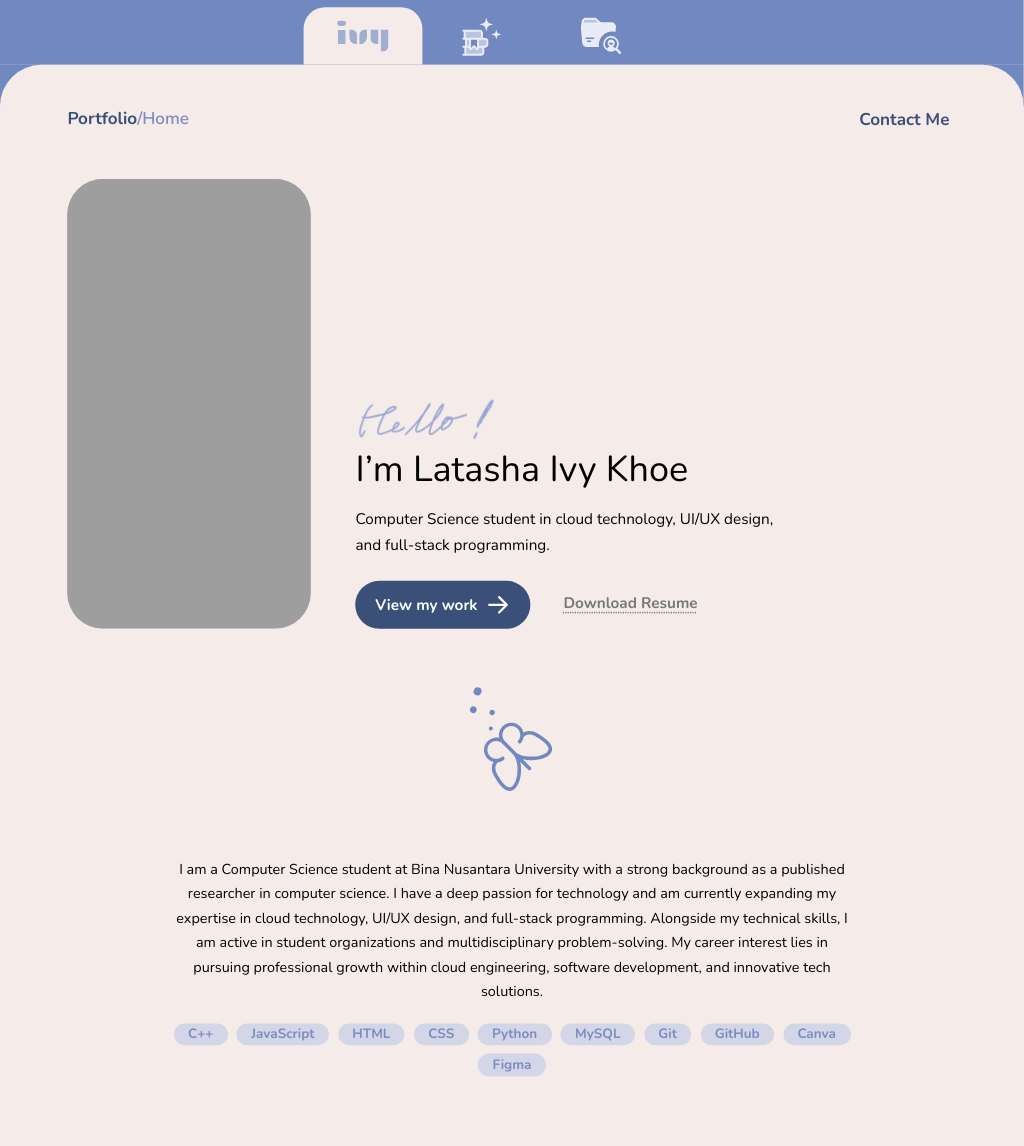
Repository: L-vy/L-vy
Page: /
These files come from the project's save history. The page is drawn as it stood at one moment and after the next save; the edit follows.
The browser window is 1280 px wide. The pictures show the part of the page from y = 0 to 1432 px (the page is 3408 px tall before and 3326 px after), at 80% of full size.
Pictures or frames that could not be fetched are drawn as grey boxes. Some web fonts or font styles are not loaded; a fallback is used. The project was rebuilt for these pictures with package versions that can differ from the ones it lists, and the page was loaded fresh each time. Also part of the build but not shown: vite.config.ts, src/components/ExperienceBinder.tsx, src/components/FolderCard.tsx, src/components/ProjectSidebar.tsx, src/pages/ProjectDetails.tsx.

Above is the page before, as saved 2026-10-07 21:09:17.

### index.html
<!doctype html>
<html lang="en">
  <head>
    <meta charset="UTF-8" />
    <meta name="viewport" content="width=device-width, initial-scale=1.0" />
    <meta name="description" content="Portfolio of Latasha Ivy Khoe, Computer Science student specializing in Cloud Technology, UI/UX design and full-stack development." />
    <meta name="theme-color" content="#7288c1" />
    <link rel="icon" href="/images/ivy-logo.svg" />
    <link rel="preconnect" href="https://fonts.googleapis.com" />
    <link rel="preconnect" href="https://fonts.gstatic.com" crossorigin />
    <link href="https://fonts.googleapis.com/css2?family=Nunito:ital,wght@0,400;0,600;0,700;0,800;1,400&family=Playwrite+US+Modern:wght@100..400&display=swap" rel="stylesheet" />
    <title>Latasha Ivy Khoe | Portfolio</title>
  </head>
  <body>
    <div id="root"></div>
    <script type="module" src="/src/main.tsx"></script>
  </body>
</html>

### src/main.tsx
import { StrictMode } from 'react'
import { createRoot } from 'react-dom/client'
import App from './App'
import './styles.css'
createRoot(document.getElementById('root')!).render(<StrictMode><App /></StrictMode>)

### src/App.tsx
import { BrowserRouter, Route, Routes } from 'react-router-dom'
import Home from './pages/Home'
import ProjectDetails from './pages/ProjectDetails'
import CursorCircle from './components/CursorCircle'
export default function App() {
  return (
    <BrowserRouter>
      <CursorCircle />
      <Routes>
        <Route path="/" element={<Home />} />
        <Route path="/recentworks/:id" element={<ProjectDetails />} />
        <Route path="*" element={<Home />} />
      </Routes>
    </BrowserRouter>
  )
}

### src/styles.css
/* Sizes are authored at design scale (16px = 1rem) and rendered at 75% via html{font-size:75%}. */
:root{--blue:#7288c1;--cream:#f5ecea;--ink:#3b5078;--peri:#7a8cc2;--light:#a9b5e0;--bar:#9fadd1;--pill:#d3d6e6;--panel:#d1d4e3;--ph:#d9d9d9;--txt:#000;--gut:max(3.5rem,calc((100% - 68.75rem)/2 + 3.5rem));color-scheme:light}
html{font-size:75%}
*{box-sizing:border-box}
body{margin:0;background:var(--cream);color:var(--txt);font-family:'Nunito',system-ui,sans-serif;line-height:1.4}
h1,h2,h3,p,ul{margin:0}
ul{padding:0;list-style:none}
a{color:inherit}
button{font-family:inherit;cursor:pointer}
img{max-width:100%}
:focus-visible{outline:3px solid var(--ink);outline-offset:3px}
.fx{font-family:'Playwrite US Modern','Nunito',cursive;font-weight:400}
.nav{position:relative;height:4.5rem;background:var(--blue)}
.nav::after{content:'';position:absolute;left:0;right:0;top:100%;height:2.875rem;background:var(--blue)}
.nav-tabs{max-width:68.75rem;margin:0 auto;height:100%;display:flex;align-items:flex-end;padding-left:28%}
.nav-tab{width:8.25rem;height:4rem;border:0;background:none;color:#e9ecf7;display:grid;place-items:center;padding:0;transition:opacity .25s}
.nav-tab:hover{opacity:.8}
.nav-tab.active{background:var(--cream);border-radius:1.5rem 1.5rem 0 0;color:var(--light);opacity:1}
.nav-tab img{height:2.125rem}
.page{position:relative;z-index:1;background:var(--cream);border-radius:2.875rem 2.875rem 0 0;padding:0 var(--gut)}
.section{padding-top:5.625rem}
.hero{position:relative;padding-top:2.875rem}
.hero-top{display:flex;justify-content:space-between;align-items:center}
.path{font-size:1.1875rem;font-weight:600;color:var(--peri)}
.path b{color:var(--ink);font-weight:700}
.crumb{background:none;border:0;padding:0;font:inherit;color:inherit}
.crumb:hover{text-decoration:underline dotted;text-underline-offset:0.25rem}
.contact-link{background:none;border:0;font-size:1.1875rem;font-weight:700;color:var(--ink)}
.hero-grid{display:grid;grid-template-columns:16.875rem 1fr;gap:3.125rem;align-items:flex-end;margin-top:3.25rem}
.hero-photo{width:100%;aspect-ratio:1;object-fit:cover;background:var(--ph);border-radius:2.5rem;transition:transform .3s}
.hero-photo:hover{transform:rotate(-1.2deg) scale(1.015)}
.hello{height:3.375rem;width:auto;display:block}
h1{margin-top:0.25rem;font:400 2.5rem/1.35 'Playwrite US Modern','Nunito',cursive}
.lead{max-width:30rem;font-size:1.0625rem;line-height:1.6;margin-top:0.875rem}
.lead.sm{font-size:0.9375rem;max-width:none;margin-top:1.25rem}
.actions{display:flex;align-items:center;gap:2.25rem;margin-top:1.625rem;flex-wrap:wrap}
.btn{display:inline-flex;align-items:center;gap:0.5rem;background:var(--ink);color:#fff;border:0;border-radius:62.4375rem;padding:0.75rem 1.375rem;font-size:1.0625rem;font-weight:700;transition:transform .25s}
.btn:hover{transform:translateY(-2px)}
.btn.blue{background:var(--blue);font-size:1.1875rem;padding:0.875rem 1.75rem}
.link-dotted{text-decoration:underline dotted;text-underline-offset:0.25rem;font-weight:700}
.link-dotted.grey{color:#777;font-size:1.0625rem}
.butterfly{display:block;margin:4rem auto 0;width:6rem}
.intro{max-width:47.5rem;margin:4.375rem auto 0;text-align:center}
.intro-text{font-size:1rem;line-height:1.7}
.pills{display:flex;flex-wrap:wrap;gap:0.625rem;justify-content:center;margin-top:1.375rem}
.pills.left{justify-content:flex-start}
.pill{border-radius:24rem;padding:0.1rem 1rem;font-weight:700;font-size:0.9375rem;background:var(--pill);color:var(--peri)}
.pill.solid-outline{background:none;border:1.5px solid var(--peri);font-size:1rem}
.reveal{opacity:0;transform:translateY(0.875rem);transition:opacity .6s,transform .6s}
.reveal.in{opacity:1;transform:none}
.fill{height:100%}
.cards{display:grid;grid-template-columns:repeat(4,1fr);gap:1.625rem;margin-top:2.125rem}
.card{display:flex;flex-direction:column;min-width:0}
.card-img{display:block;aspect-ratio:400/420;border-radius:2.25rem;overflow:hidden;background:var(--ph);transition:transform .3s}
.card-img img{width:100%;height:100%;object-fit:cover;display:block}
.card:hover .card-img{transform:rotate(-1.2deg) scale(1.015)}
.card-title{display:flex;justify-content:space-between;align-items:flex-start;gap:0.5rem;margin-top:1rem;color:var(--ink)}
.card-title .icon{flex:none}
.clamp{font-size:1.125rem;font-weight:800;line-height:1.3;color:var(--txt);display:-webkit-box;-webkit-line-clamp:2;-webkit-box-orient:vertical;overflow:hidden}
.card-sum{font-size:0.875rem;line-height:1.5;margin-top:0.375rem}
.card-links{margin-top:0.625rem}
.card-links .link-dotted{color:var(--peri);font-size:0.875rem}
.tabbar{position:relative;background:var(--bar);border-radius:62.4375rem;padding:0.375rem 0.5rem;display:flex;justify-content:center;gap:0.75rem;margin-top:2.125rem;box-shadow:0 0.5rem 0.875rem -0.375rem rgba(60,70,110,.35)}
.tabwrap{position:relative;width:min(9.375rem,22%)}
.tab{width:100%;border:0;border-radius:62.4375rem;padding:0.5rem 0;font-size:1rem;font-weight:700;background:var(--pill);color:#8f9dcf;transition:background .25s,color .25s}
.tab.on{background:#fff;color:var(--ink)}
.pointer{position:absolute;left:50%;bottom:-1.25rem;margin-left:-0.5625rem;border:0.5625rem solid transparent;border-top:0;border-bottom:0.8125rem solid var(--ink)}
.panel{margin-top:2.75rem;background:var(--panel);border-radius:1.375rem;height:30.625rem;box-shadow:0 0.375rem 1rem -0.5rem rgba(60,70,110,.3);transition:background .3s,box-shadow .3s}
.panel.bound{background:transparent;box-shadow:none}
.banner{height:100%;display:flex;flex-direction:column;gap:2.125rem;padding:1.875rem 2.125rem 2.5rem}
.banner-img{flex:1;min-height:0;width:100%;object-fit:cover;background:var(--ph);border-radius:2.25rem;transition:transform .3s}
.banner:hover .banner-img{transform:rotate(-1.2deg) scale(1.015)}
.tx{padding-left:0.4375rem}
.tx h2{font-size:1.625rem;line-height:1.4}
.tx h3{margin-top:2px;font-size:1.1875rem;font-weight:700}
.tx p{margin-top:0.375rem;font-style:italic;font-size:0.9375rem}
.folders{height:100%;display:grid;grid-template-columns:1fr 1fr;gap:1.5rem;padding:1.75rem 2rem}
.folder{--rim:#3b5078;--body:#f3f3f9;background:var(--rim);border-radius:1.875rem;padding:1.5px;display:flex;flex-direction:column;overflow:hidden}
.media{height:11.875rem;margin-bottom:-2.5rem;flex:none;position:relative;overflow:hidden;border-radius:1.78125rem 1.78125rem 0 0;background:var(--ph)}
.media>*{display:block;width:100%;height:100%;object-fit:cover;background:var(--ph);transform:scale(1.06);transition:transform .3s}
.folder:hover .media>*{transform:rotate(-1.2deg) scale(1.1)}
.rest{flex:1;position:relative;z-index:1;background:var(--body);border-radius:0 1.78125rem 1.78125rem 1.78125rem;padding:0 1.375rem 1.125rem;display:flex;flex-direction:column}
.rest .tab{position:absolute;left:0;top:-2.25rem;width:80%;height:2.3125rem;padding:0;border-radius:1.25rem 1.25rem 0 0;background:var(--body)}
.rest .tab::after{content:'';position:absolute;right:-1.25rem;bottom:0;width:1.25rem;height:1.25rem;background:radial-gradient(circle at 100% 0,transparent 1.21875rem,var(--body) 1.25rem)}
.head{position:relative;margin-top:-1.375rem}
.head::before{content:'';float:right;width:24%;height:1rem}
.head b{display:-webkit-box;-webkit-line-clamp:3;-webkit-box-orient:vertical;overflow:hidden;font-size:1.0625rem;font-weight:800;line-height:1.25}
.head span{display:block;font-size:0.9375rem;color:#6f748f;margin-top:2px}
.folder p{margin-top:0.75rem;font-size:0.84375rem;font-style:italic;line-height:1.5;display:-webkit-box;-webkit-line-clamp:4;-webkit-box-orient:vertical;overflow:hidden}
.foot{margin-top:auto;padding-top:0.625rem;display:flex;justify-content:space-between;align-items:center;min-height:2.75rem}
.foot strong{font-size:1.5625rem;line-height:1.3}
.go{display:grid;place-items:center;width:2.5rem;height:2.5rem;border-radius:50%;background:var(--ink);color:#fff;transition:transform .25s}
.go:hover{transform:translate(2px,-2px)}
.exp{position:relative;height:100%}
.plate{position:absolute;left:0;top:0;bottom:0;width:8.125rem;background:#c9cde0;border-radius:1.625rem 0 0 1.625rem;box-shadow:0 0.625rem 1.125rem -0.625rem rgba(60,70,110,.4)}
.rail{position:absolute;left:0;top:4.4375rem;width:3.75rem;height:0;z-index:2}
.rail button{position:absolute;left:0.8125rem;top:calc(var(--i)*4.5rem);width:2.9375rem;height:5.25rem;z-index:calc(var(--i) + 1);border:0;background:var(--c);color:#fff;border-radius:1.125rem 0 0 1.125rem;display:grid;place-items:center;padding:0;transition:left .25s,width .25s}
.rail button:hover,.rail button[aria-selected=true]{left:0.4375rem;width:3.3125rem}
.rail button[aria-selected=true]{z-index:10}
.fcard{--acc:#9fadd1;position:absolute;left:3.75rem;right:0;top:0;bottom:0;background:var(--cream);border:2.5px solid var(--acc);border-radius:1.625rem;box-shadow:0 0.625rem 1.25rem -0.625rem rgba(60,70,110,.4);padding:1.375rem 1.75rem 1.375rem 1.875rem;overflow:hidden;transition:border-color .35s}
.pg{position:relative;height:100%;display:grid;grid-template-columns:1fr 1fr;grid-template-rows:auto 1fr;column-gap:3.5rem;animation:in .4s ease both}
@keyframes in{from{opacity:0;transform:translateY(0.5rem)}to{opacity:1;transform:none}}
.lab{grid-column:1/-1;font-size:0.8125rem}
.col{display:flex;flex-direction:column;min-width:0}
.col.end{align-self:end;padding-bottom:0.625rem}
.t{font-size:1.6875rem;font-weight:800;color:var(--ttl);line-height:1.2;margin-top:1.75rem}
.col.end .t{margin-top:0}
.sub{font-size:1.25rem;color:var(--ttl);margin-top:0.375rem}
.d{font-size:0.875rem;line-height:1.55;margin-top:1rem;font-style:italic}
.h{font-size:0.8125rem;margin:1.375rem 0 0.375rem}
.col ul{padding-left:1.25rem;font-size:0.84375rem;line-height:1.55;list-style:disc}
.stack,.zig{position:relative;margin-top:auto}
.stack{height:8rem}
.zig{margin-top:0.875rem}
.sp{position:absolute;display:block;width:62%;height:7.375rem;object-fit:cover;background:var(--ph);border:1px solid var(--txt);border-radius:1.625rem;transform:rotate(var(--r));transition:transform .3s}
.sp:hover{z-index:9;transform:rotate(calc(var(--r)*-1)) translateY(-0.3125rem) scale(1.03)}
.stack .sp:nth-child(1){--r:-2deg;left:0;top:0.375rem}
.stack .sp:nth-child(2){--r:1.5deg;left:20%;top:0.75rem}
.stack .sp:nth-child(3){--r:-1deg;left:38%;top:0}
.zig .sp{width:70%;height:7.5625rem}
.zig .sp:nth-child(1){--r:1deg;left:0;top:0}
.zig .sp:nth-child(2){--r:-1deg;left:44%;top:7rem}
.zig .sp:nth-child(3){--r:1deg;left:-1%;top:14.125rem}
.p1{left:47%;top:0.5rem;width:29%;height:8.4375rem;--r:1deg}
.p2{left:66%;top:4.875rem;width:27%;height:auto;aspect-ratio:210/297;--r:-1deg}
.contact{text-align:center;padding:5.75rem 0 6.25rem}
.contact h2{font-size:2.25rem;font-weight:400}
.contact b{font-weight:800}
.contact .btn{margin-top:1.375rem}
.footer{background:var(--blue);color:#eef0fa;padding:3.25rem var(--gut) 2.5rem;display:flex;justify-content:space-between;align-items:flex-end;gap:1.875rem;flex-wrap:wrap;min-height:14.375rem}
.footer ul{display:flex;gap:2.75rem;align-self:flex-start}
.ci{display:block;color:#dfe4f6;transition:transform .25s}
.ci:hover,.ci.pulse{transform:translateY(-0.25rem) scale(1.12)}
.footer-by{text-align:right;line-height:2;font-size:1rem}
/* .detail{border-radius:0 0 2.875rem 2.875rem;padding-top:2.875rem;padding-bottom:4.375rem} */
.detail{flex:1;min-width:0;min-height:100vh;border-radius:0 3rem 3rem 0;padding-top:2.875rem;padding-bottom:4.375rem}
.detail-grid{display:grid;grid-template-columns:1fr 1fr;gap:3.5rem;align-items:center;margin-top:2.875rem}
.detail-title{margin:0;font:800 2rem/1.3 'Nunito',sans-serif}
.detail .pills{margin-top:1.375rem}
/* ---------- Project detail: left sidebar ---------- */
.detail-shell{display:flex;min-height:100vh;background:var(--blue)}
.side{position:sticky;top:0;align-self:flex-start;flex:none;width:5.375rem;height:100vh;display:flex;flex-direction:column;padding:6rem 0 9.875rem}

/* step indicators 01–04 */
.steps{align-self:flex-start;display:grid;gap:0.5rem}
.step{display:grid;place-items:center;width:4.3125rem;height:4.4375rem;border-radius:0 1.25rem 1.25rem 0;background:transparent;color:var(--light);font-size:1.2rem;text-decoration:none;transition:opacity .25s}
.step:not(.on):hover{opacity:.8}
.step.on{background:var(--cream);color:var(--light);text-decoration:underline dotted;text-underline-offset:0.375rem}   /* RULE 2 */

/* vertical Previous / Next */
.side-nav{margin-top:3rem;align-self:flex-start;width:4.3125rem;display:flex;flex-direction:column;align-items:center;gap:1.75rem}
.side-btn{writing-mode:vertical-rl;transform:rotate(0deg);color:var(--cream);font-size:1rem;font-weight:600;line-height:1;text-decoration:none;transition:opacity .2s}   /* white by default */
a.side-btn:hover{opacity:.8}
.side-btn.edge{color:var(--light)}   /* RULE 3 */
.meta{margin-bottom:0.875rem;font-size:1.25rem;font-weight:400;color:var(--ink)}
.contrib{margin:1.125rem 0 0.5rem;font:400 0.9375rem 'Playwrite US Modern','Nunito',cursive;color:var(--peri)}
.contrib-list {position: relative;padding-left: 1.25rem;display: grid;gap: 0.75rem;font-size: 0.90625rem;}
.contrib-list::before {content: '';position: absolute;left: 0;top: 0.25rem;bottom: 0.25rem;width: 2px;background-color:var(--light);border-radius: 9999px;}
/* .contrib-list{border-left:3px solid var(--light);border-top-left-radius: 4px;border-bottom-left-radius: 4px;padding-left:0.875rem;display:grid;gap:0.75rem;font-size:0.90625rem} */
/* .contrib-list li{display:flex;gap:0.875rem;align-items:center}
.contrib-list li::before{content:'';width:0.75rem;height:0.75rem;flex:none;border-radius:50%;border:3px solid var(--peri)} */
.detail-links{display:flex;gap:0.75rem;flex-wrap:wrap;margin-top:1.375rem}
/* .detail-links .pill{background:none;border:2px solid var(--light);color:var(--peri);padding:0.375rem 1.25rem;font:400 0.875rem 'Playwrite US Modern','Nunito',cursive;text-decoration:underline dotted;text-underline-offset:0.25rem} */
.detail-links .pill{background:none;border:2px solid var(--light);color:var(--peri);padding:0.375rem 1.25rem;font-family:inherit;font-size:0.9375rem;font-weight:700;text-decoration:underline dotted;text-underline-offset:0.25rem}
.proto{margin:0}
/* .proto img{display:block;width:100%;aspect-ratio:1/1.08;object-fit:cover;background:var(--ph);border:3px solid var(--ink);border-radius:3rem;transition:transform .3s} */
.proto img {  border: 0;  outline: 0;  border-radius: 15px;}
.proto img:hover{transform:rotate(1.2deg) scale(1.015)}
.proto figcaption{text-align:center;font-weight:500;font-size:0.9375rem;color:var(--ink);margin-top:1rem}
/* .pager{background:var(--blue);margin-top:-2.875rem;padding:5.5rem var(--gut) 1.5rem;display:flex;justify-content:center;gap:3.5rem} */
/* .pager-btn{margin-top:-3rem;height:3.25rem;display:grid;place-items:center;color:#fff;font-weight:700;font-size:1.125rem;text-decoration:none;transition:opacity .2s} */
/* .pager-btn.prev{background:var(--cream);color:var(--ink);padding:0 2.125rem;border-radius:0 0 1.5rem 1.5rem}
.pager-btn.off{opacity:.5}
.pager-btn.prev.off{opacity:1;color:var(--light)} */
/* .pager-btn.hang{background:var(--cream);color:var(--ink);padding:0 2.125rem;border-radius:0 0 1.5rem 1.5rem} */
/* .pager-btn.off{opacity:.5} */
/* .pager-btn.hang.off{opacity:1;color:var(--light)} */
.cursor-circle{position:fixed;left:0;top:0;width:4rem;height:4rem;border-radius:50%;background:rgba(114,136,193,.28);pointer-events:none;z-index:50;transform:translate(-6.25rem,-6.25rem) scale(0);transition:transform .18s}
@media (max-width:960px)
{.cards{grid-template-columns:1fr 1fr}.nav-tabs{padding-left:4%}.nav-tab{width:6rem}}
@media (max-width:760px)
{.page{border-radius:1.875rem 1.875rem 0 0;padding:0 1.25rem}.hero-grid,.detail-grid{grid-template-columns:1fr;gap:1.75rem}.hero-photo{max-width:16.25rem}h1{font-size:1.875rem}.detail-title{font-size:1.5625rem}.cards{grid-template-columns:1fr}.tab{font-size:0.75rem}.tabbar{gap:0.375rem}.pointer{display:none}.panel{height:auto}.banner{padding:1.125rem;gap:1.5rem}.banner-img{flex:none;height:11.875rem}.folders{grid-template-columns:1fr;padding:1.125rem}.folder{min-height:23.75rem}.contact h2{font-size:1.6875rem}.footer ul{gap:1.375rem}.footer-by{text-align:left}.plate{display:none}.fcard{position:static;padding:1.25rem 1.125rem;border-radius:1.375rem}.exp{height:auto}.rail{position:static;height:auto;display:flex;gap:0.375rem;padding-left:0.625rem}.rail button,.rail button:hover,.rail button[aria-selected=true]{position:static;width:3.5rem;height:2.875rem;border-radius:0.875rem 0.875rem 0 0}.pg{display:flex;flex-direction:column;gap:0.875rem;height:auto}.col.end{padding:0}.stack,.zig{height:auto;display:grid;gap:0.625rem;margin-top:0.625rem}.pg .sp{position:static;width:100%;height:6.875rem}.pg .p2{height:auto;width:58%;align-self:center}
.detail-shell{flex-direction:column;min-height:0}
.side{position:static;width:auto;height:auto;flex-direction:row;justify-content:space-between;align-items:flex-start;padding:0 1.25rem 1rem}
.steps{display:flex;gap:0.5rem;align-self:flex-start}
.step{width:3rem;height:3rem;font-size:1.25rem;border-radius:0 0 1rem 1rem}
.side-nav{width:auto;flex-direction:row;align-self:center;gap:1.25rem}
.side-btn{writing-mode:horizontal-tb;transform:none;font-size:1rem}
.detail{border-radius:0 0 1.875rem 1.875rem;min-height:0}}

@media (prefers-reduced-motion:reduce){*{transition:none!important;animation:none!important}}

### src/components/Skills.tsx
import { site } from '../data/site'
import Reveal from './Reveal'
export default function Skills() {
  return (
    <Reveal className="intro">
      <p className="intro-text">{site.about}</p>
      <ul className="pills" aria-label="Skills">{site.skills.map(s => <li key={s} className="pill">{s}</li>)}</ul>
    </Reveal>
  )
}

### src/components/RecentWorks.tsx
import { projects } from '../data/projects'
import ProjectCard from './ProjectCard'
import Reveal from './Reveal'
export default function RecentWorks() {
  return (
    <section id="recent-works" className="section">
      <p className="path"><b>Portfolio</b>/RecentWork</p>
      <Reveal className="cards">{projects.slice(0, 4).map(p => <ProjectCard key={p.id} p={p} />)}</Reveal>
    </section>
  )
}

### src/components/ContactSection.tsx
import Icon from './Icon'
import { useGoTo } from './useGoTo'
export default function ContactSection() {
  const go = useGoTo()
  return (
    <section id="contact" className="contact">
      <h2>Interested in <b>Working Together?</b></h2>
      <button className="btn blue" onClick={() => go('contact', true)}>Get in Touch <Icon name="butterfly-cursor" size={34} /></button>
    </section>
  )
}

### src/components/useGoTo.ts
import { useLocation, useNavigate } from 'react-router-dom'
export const pulseContact = () => window.dispatchEvent(new Event('contact-pulse'))
export function scrollToId(id: string) {
  if (id === 'contact') { window.scrollTo({ top: document.documentElement.scrollHeight, behavior: 'smooth' }); return }
  document.getElementById(id)?.scrollIntoView({ behavior: 'smooth', block: 'start' }) }
/** Navigate to a section on the home page from anywhere. */
export function useGoTo() {
  const nav = useNavigate(); const { pathname } = useLocation()
  return (id: string, pulse = false) => {
    if (pathname === '/') { scrollToId(id); if (pulse) setTimeout(pulseContact, 700) }
    else nav('/', { state: { scrollTo: id, pulse } })
  }
}

### src/components/Icon.tsx
export default function Icon({ name, size = 24, raw = false }: { name: string; size?: number; raw?: boolean }) {
  if (raw) return <img className="icon" src={`/icons/${name}.svg`} alt="" width={size} height={size} />
  const mask = `url(/icons/${name}.svg) center / contain no-repeat`
  return <span className="icon" aria-hidden="true" style={{ display: 'inline-block', width: size, height: size, backgroundColor: 'currentColor', WebkitMask: mask, mask }} />
}

### src/components/Reveal.tsx
import { useEffect, useRef, useState, type ReactNode } from 'react'
export default function Reveal({ children, className = '' }: { children: ReactNode; className?: string }) {
  const ref = useRef<HTMLDivElement>(null); const [on, setOn] = useState(false)
  useEffect(() => {
    const io = new IntersectionObserver(([e]) => { if (e.isIntersecting) { setOn(true); io.disconnect() } }, { threshold: 0.1 })
    if (ref.current) io.observe(ref.current); return () => io.disconnect()
  }, [])
  return <div ref={ref} className={`reveal ${on ? 'in' : ''} ${className}`}>{children}</div>
}

Loaded but not shown: src/data/projects.ts (42 lines, source omitted); src/data/background.ts (36 lines, source omitted); src/components/Background.tsx (34 lines, source omitted); src/data/site.ts (17 lines, source omitted); src/components/Navbar.tsx (29 lines, source omitted); src/components/Footer.tsx (20 lines, source omitted); src/pages/Home.tsx (27 lines, source omitted); src/components/Hero.tsx (24 lines, source omitted); src/components/CursorCircle.tsx (17 lines, source omitted); src/components/ProjectCard.tsx (17 lines, source omitted)

After the next save:
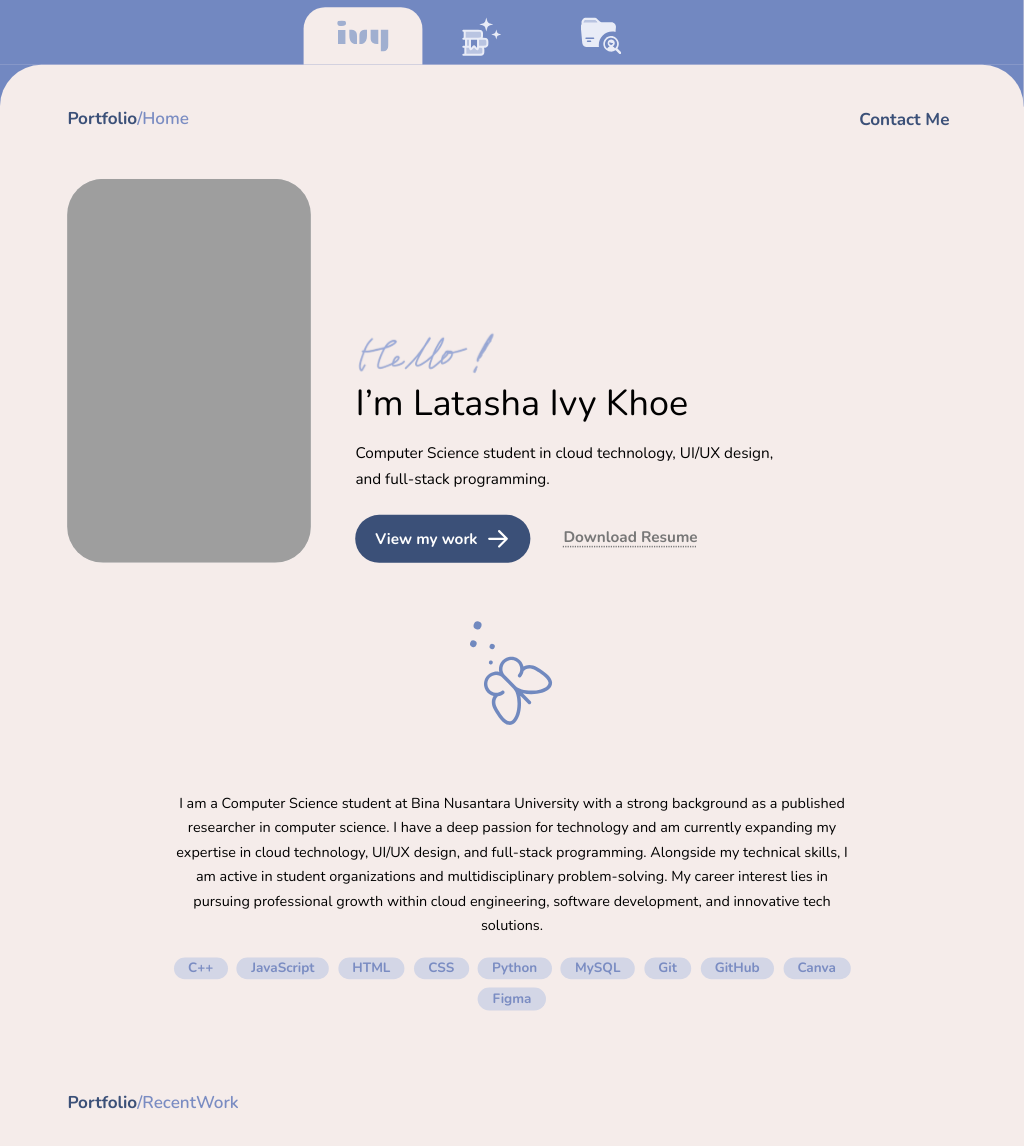
Saved 19 s later.
--- a/src/styles.css
+++ b/src/styles.css
@@ -27,7 +27,7 @@ img{max-width:100%}
 .crumb:hover{text-decoration:underline dotted;text-underline-offset:0.25rem}
 .contact-link{background:none;border:0;font-size:1.1875rem;font-weight:700;color:var(--ink)}
 .hero-grid{display:grid;grid-template-columns:16.875rem 1fr;gap:3.125rem;align-items:flex-end;margin-top:3.25rem}
-.hero-photo{width:100%;aspect-ratio:1;object-fit:cover;background:var(--ph);border-radius:2.5rem;transition:transform .3s}
+.hero-photo{width:100%;max-height: 320px;aspect-ratio:1;object-fit:cover;background:var(--ph);border-radius:2.5rem;transition:transform .3s}
 .hero-photo:hover{transform:rotate(-1.2deg) scale(1.015)}
 .hello{height:3.375rem;width:auto;display:block}
 h1{margin-top:0.25rem;font:400 2.5rem/1.35 'Playwrite US Modern','Nunito',cursive}
